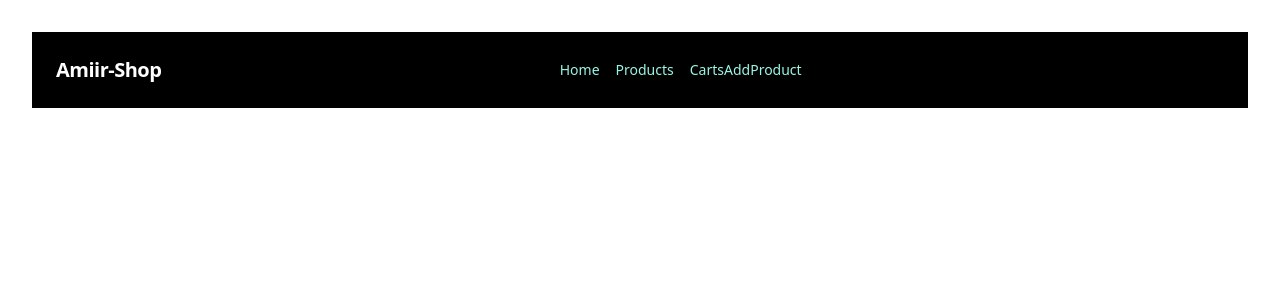
Repository: ENG-AMIIR-MUSE/ECommerce-app-using-react
Page: /
These files come from the project's save history. The page is drawn as it stood at one moment and after the next save; the edit follows.
The browser window is 1280 px wide. The pictures show the whole page.
The page's requests for data from a server got no answer. The project was rebuilt for these pictures with package versions that can differ from the ones it lists, and the page was loaded fresh each time. No one was signed in, and anything a server would have sent is missing. Also part of the build but not shown: vite.config.js.

Above is the page before, as saved 2023-06-24 18:47:16.

### src/main.jsx
import React from 'react'
import ReactDOM from 'react-dom/client'
import App from './App.jsx'
import './index.css'

import { BrowserRouter }  from 'react-router-dom'



ReactDOM.createRoot(document.getElementById('root')).render(
  <React.StrictMode>
    <BrowserRouter>
    <App />
    </BrowserRouter>

  </React.StrictMode>,

)

### src/App.jsx
import { useEffect } from 'react'
import { useState } from 'react'
import axios from 'axios'

import './App.css'
import ProductList from './Components/ProductList'
import ProductCard from './Components/ProductCard'
import {NavBar} from './Components/NavBar'
import {  Routes,Route } from 'react-router-dom'
import addProduct from './Components/AddProduct'

function App() {
const [products,setProducts] =  useState([])

useEffect(()=>{
  axios.get('https://fakestoreapi.com/products')
  .then((response)=>{
    // console.log(response)
   setProducts(response.data)
  }).catch((er)=>{
    console.log(er.response)
  })

})

  return (
    <>

    {/* {console.log(products)} */}
    <NavBar/>

    {/* <ProductCard/> */}
    <Routes>
    <Route path="/"/>
    {/* <Route path="/products" element={<ProductList products ={products}/>}/> */}

    {/* <Route path="/products/:id" element={<ProductCard products = {products}/>}/> */}
  <Route path="/addProduct/" element={addProduct}/>
  </Routes>
    </>


  )


}

export default App

### src/Components/NavBar.jsx
import React from 'react'
import {Link } from 'react-router-dom'
 export function NavBar() {
  return (
    <>
    <nav className=" items-center justify-between flex-wrap bg-black p-6 mb-20 h-auto p-5">
  <div className="flex items-center flex-shrink-0 text-white mr-6">

    <span className="font-semibold text-xl tracking-tight">Amiir-Shop</span>


  <div className="w-full block flex-grow lg:flex lg:items-center lg:w-auto">
    <div className="text-sm lg:flex-grow">
      <Link to="/" className="block mt-4 lg:inline-block lg:mt-0 text-teal-200 hover:text-white mr-4">
        Home
      </Link>
      <Link to="/products" className="block mt-4 lg:inline-block lg:mt-0 text-teal-200 hover:text-white mr-4">
        Products
      </Link>
      <Link to="/carts" className="block mt-4 lg:inline-block lg:mt-0 text-teal-200 hover:text-white">
        Carts
      </Link>
      <Link to="/addProducts" className="block mt-4 lg:inline-block lg:mt-0 text-teal-200 hover:text-white">
        AddProduct
      </Link>
    </div>

  </div>
  </div>
</nav>
    </>
  )

 }

### src/Components/AddProduct.jsx

const  addProduct = ()=>{

    return(

        <div  className="bg-gray-900">
          <div>
         <p>this is image</p>
          </div>
          <div>
          <form>
          </form>
          </div>
        </div>
    )
}
export default addProduct;

### src/Components/productList.js
import React  from "react";
function ProductList(props){
    console.log(props)
    return(
        <h1>this is the product list</h1>
    )
}
export default ProductList;

### src/Components/productCard.js
import React from 'react'
function ProductCard(){
    return(
        <div className='bg-red-900'>
            hello word
        </div>
    )
}
export default ProductCard;

Loaded but not shown: index.html (common file); src/index.css (common file); src/App.css (common file); tailwind.config.js (common file)

After the next save:
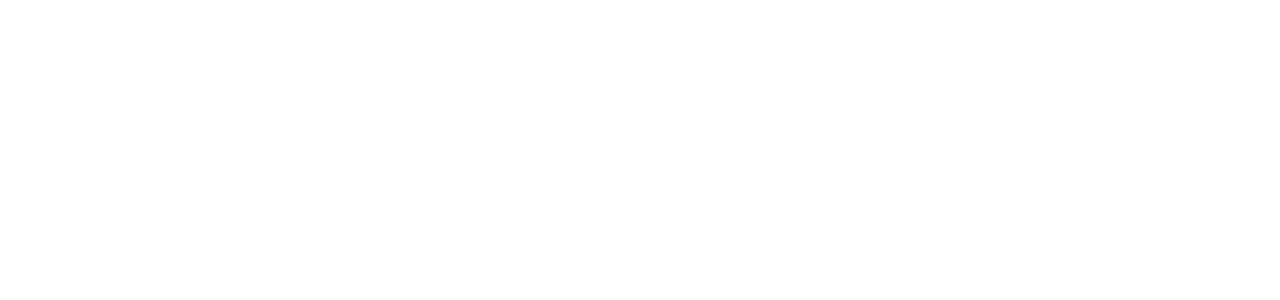
Console error: ReferenceError: addProduct is not defined
Saved 4 s later.
--- a/src/Components/AddProduct.jsx
+++ b/src/Components/AddProduct.jsx
@@ -1,5 +1,5 @@
 
-const  addProduct = ()=>{
+const  AddProduct = ()=>{
 
     return(
 

After the save that followed:
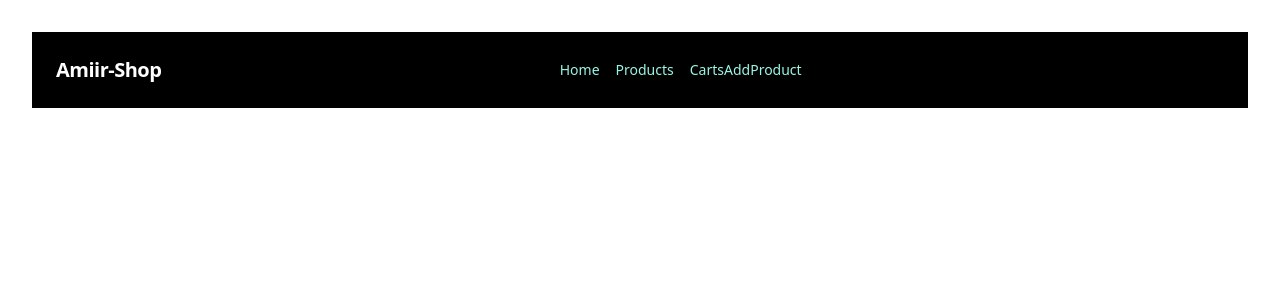
The error is gone.
Saved 5 s later.
--- a/src/Components/AddProduct.jsx
+++ b/src/Components/AddProduct.jsx
@@ -14,4 +14,4 @@
         </div>
     )
 }
-export default addProduct;
+export default AddProduct;
